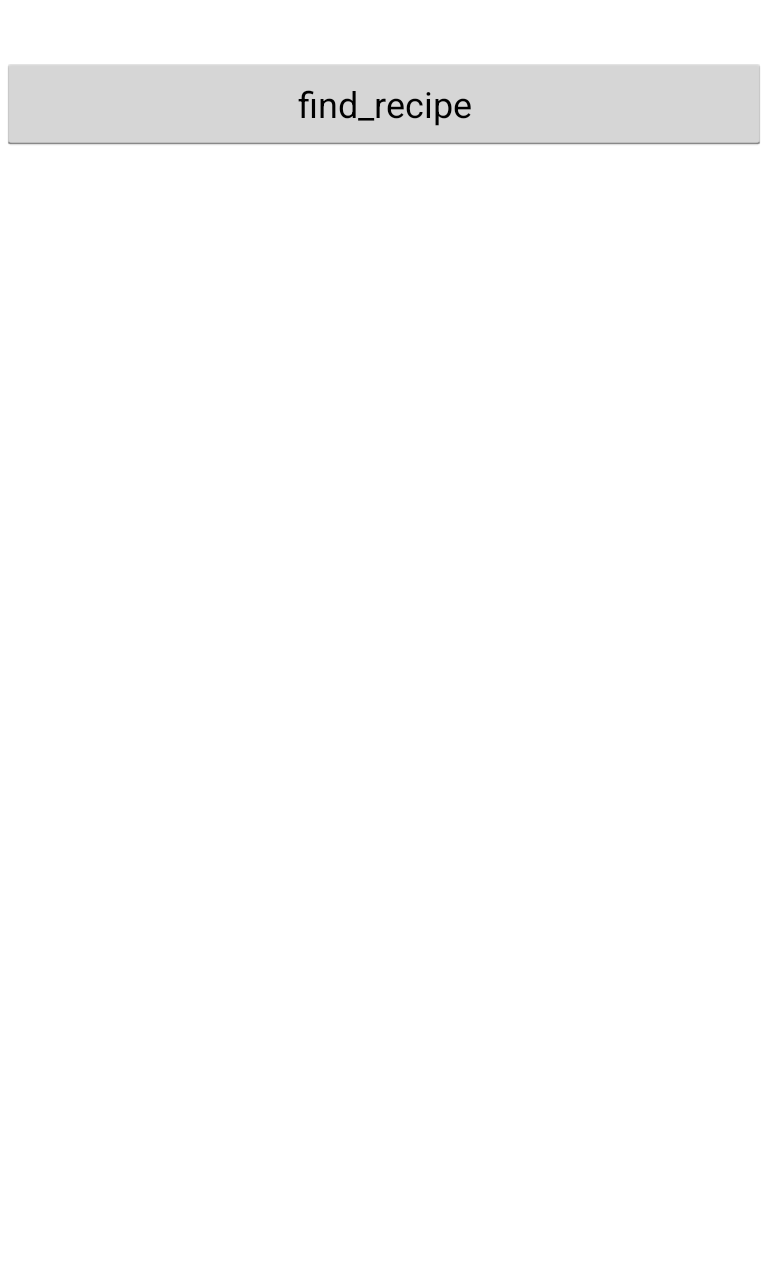
Repository: jmwood22/Boyardroid
Layout: Boyardroid/res/layout/activity_main.xml
These files come from the project's save history. The layout is drawn as it stood at one moment and after the next save; the edit follows.
It is drawn on a 768 x 1280 px phone screen (xhdpi) without system bars, with theme AppTheme; the app's code is not run.

Above is the layout before, as saved 2013-02-20 02:30:15.

### Boyardroid/res/layout/activity_main.xml
<RelativeLayout xmlns:android="http://schemas.android.com/apk/res/android"
    xmlns:tools="http://schemas.android.com/tools"
    android:layout_width="match_parent"
    android:layout_height="match_parent"
    tools:context=".Main" >

    <Button
        android:id="@+id/button1"
        android:layout_width="fill_parent"
        android:layout_height="wrap_content"
        android:layout_alignParentLeft="true"
        android:layout_alignParentTop="true"
        android:layout_marginTop="28dp"
        android:onClick="dialogBtn"
        android:text="find_recipe" />

</RelativeLayout>

### Boyardroid/res/values/strings.xml
<?xml version="1.0" encoding="utf-8"?>
<resources>

    <string name="app_name">Boyardroid</string>
    <string name="quick_recipe">Quick Recipe Page</string>
    <string name="menu_settings">Settings</string>
    <string name="title_activity_quck_recipe">QuckRecipe</string>
    <string name="title_activity_quick_recipe">QuickRecipe</string>
	<string name="find_recipe">Find Recipes</string>

</resources>

Loaded but not shown: Boyardroid/res/values/styles.xml (common file); Boyardroid/res/values-v11/styles.xml (common file); Boyardroid/res/values-v14/styles.xml (common file)

After the next save:
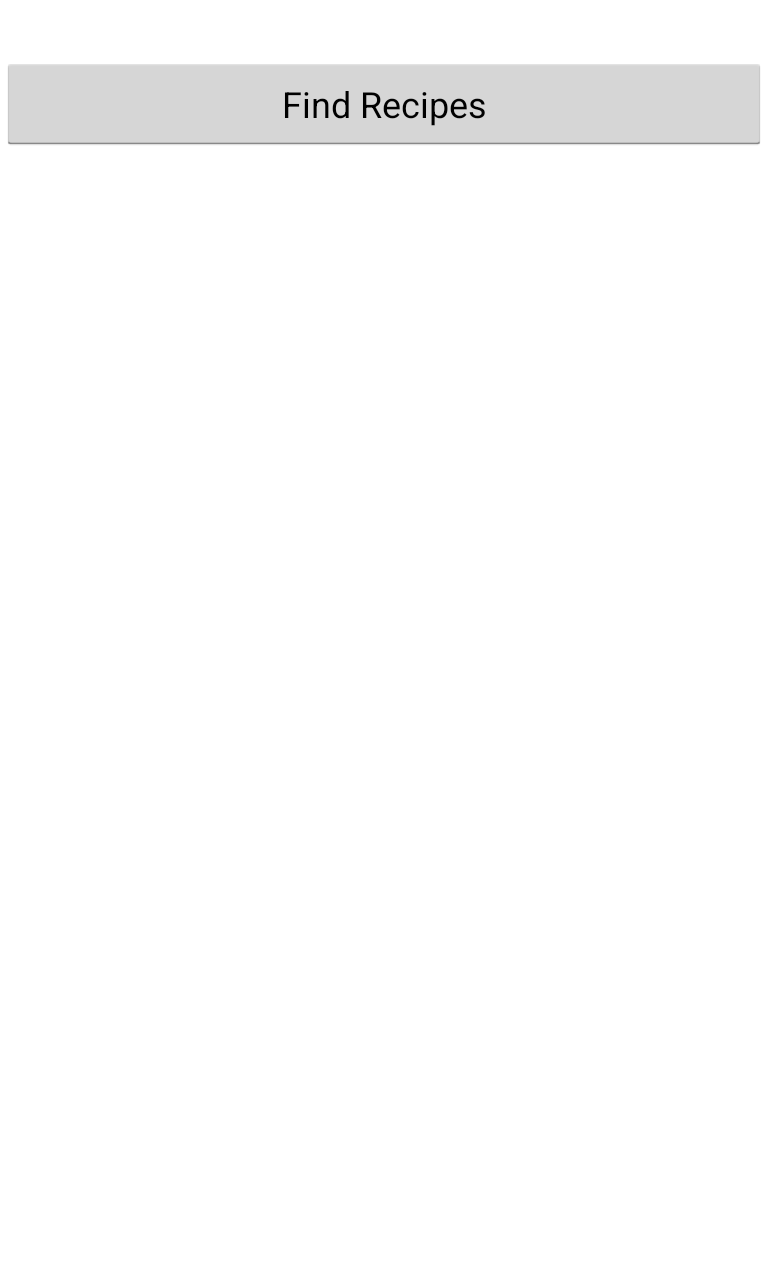
Saved 18 s later.
--- a/Boyardroid/res/layout/activity_main.xml
+++ b/Boyardroid/res/layout/activity_main.xml
@@ -12,6 +12,6 @@
         android:layout_alignParentTop="true"
         android:layout_marginTop="28dp"
         android:onClick="dialogBtn"
-        android:text="find_recipe" />
+        android:text="@string/find_recipe" />
 
 </RelativeLayout>
